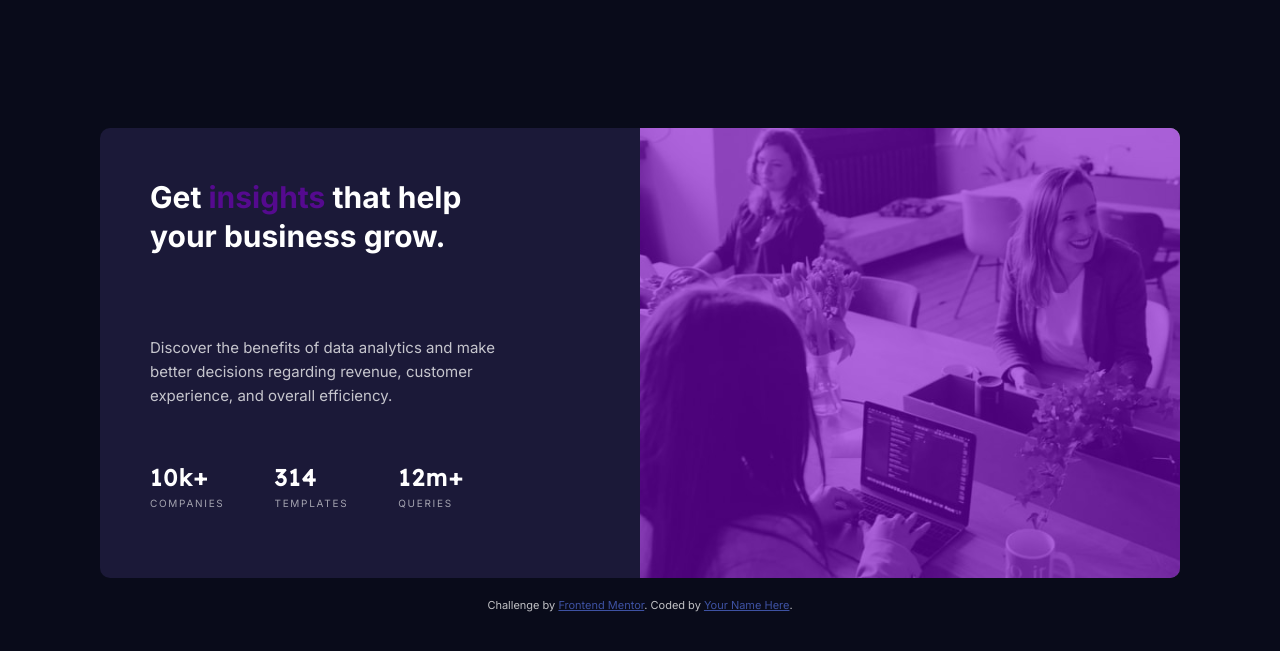
Repository: DejV44/stats-preview-card-component-main
Page: index.html
The author's editor kept a copy of each file at every save. The page is drawn from the files as they stood at one save, then again after the next save.
The browser window is 1280 px wide. The pictures show the whole page.
The style sheet was rebuilt from its Sass, Less or Tailwind sources for each picture, by a compiler version that may differ from the author's.

Above is the page before, as saved 2021-07-10 21:26:05.

After the next save:
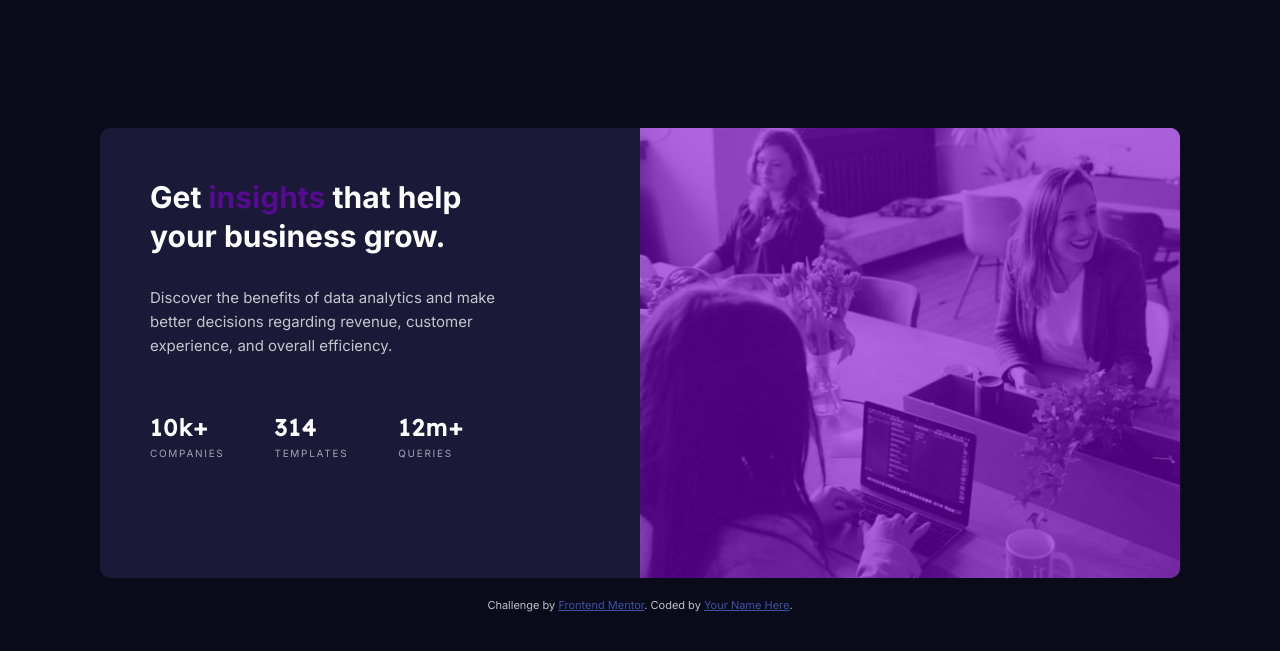
Saved 36 s later.
--- a/css/style.scss
+++ b/css/style.scss
@@ -146,8 +146,11 @@ body {
           max-width: 540px;
           margin-left: 50px;
           margin-right: 100px;
+          padding-left: 0;
+        }
+
+        h1 {
           padding-top: 50px;
-          padding-left: 0;
         }
 
         ul {
